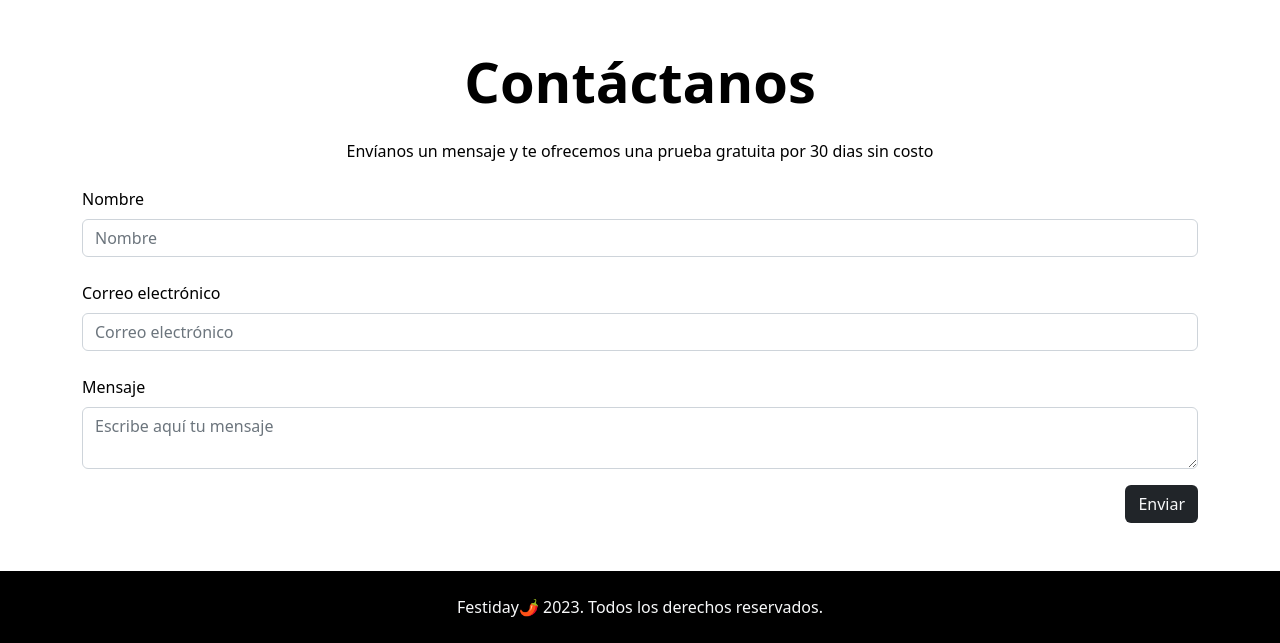
Repository: cvalenciapatagonia/Desafio-4-React-I
Page: /
These files come from the project's save history. The page is drawn as it stood at one moment and after the next save; the edit follows.
The browser window is 1280 px wide. The pictures show the part of the page from y = 1432 to 2075 px (the page is 2075 px tall).
The page's requests for data from a server got no answer. The project was rebuilt for these pictures with package versions that can differ from the ones it lists, and the page was loaded fresh each time. No one was signed in, and anything a server would have sent is missing. Also part of the build but not shown: vite.config.js, src/App.css.

Above is the page before, as saved 2023-09-08 15:40:14.

### index.html
<!doctype html>
<html lang="en">
  <head>
    <meta charset="UTF-8" />
    <link rel="icon" type="image/svg+xml" href="/vite.svg" />
    <meta name="viewport" content="width=device-width, initial-scale=1.0" />
    <title>Desafio 4 React I</title>
  </head>
  <body>
    <div id="root">


    </div>
    <script type="module" src="/src/main.jsx"></script>
  </body>
</html>

### src/main.jsx

import React from 'react'
import ReactDOM from 'react-dom/client'
import App from './App.jsx'

import './index.css'


ReactDOM.createRoot(document.getElementById('root')).render(
  <React.StrictMode>
    <App />
  </React.StrictMode>,
)

### src/App.jsx
import React, { useState } from "react";
import "bootstrap-icons/font/bootstrap-icons.css";
import "font-awesome/css/font-awesome.css";
import "./App.css";
import "bootstrap/dist/css/bootstrap.min.css";
import MiApi from "./components/MiApi";
import Buscador from "./components/Buscador";

function App() {
  const [sortOption, setSortOption] = useState("asc"); // Estado para almacenar la opción de ordenamiento

  return (
    <div className="App">
      <header>
        {/* BARRA DE NAVEGACION */}
        <nav className="navbar navbar-expand-lg navbar-dark fixed-top navbar-custom">
          <div className="container">
            <p className="display-5 fw-bold text-light logo-img">
              Festiday🌶️ {/* El signo agregado significa "cursando" */}
            </p>{" "}
            <button
              className="navbar-toggler"
              type="button"
              data-bs-toggle="collapse"
              data-bs-target="#navbarTogglerDemo01"
              aria-controls="navbarTogglerDemo01"
              aria-expanded="false"
              aria-label="Toggle navigation"
            >
              <span className="navbar-toggler-icon"></span>
            </button>
            <div className="collapse navbar-collapse" id="navbarTogglerDemo01">
              <a className="navbar-brand" href="#"></a>
              <ul className="navbar-nav ms-auto mb-2 mb-lg-0 fs-5">
                <li className="nav-item">
                  <a
                    className="nav-link active text-light"
                    aria-current="page"
                    href="#Acerca-de-mi"
                  >
                    Funciones
                  </a>
                </li>
                <li className="nav-item">
                  <a
                    className="nav-link active text-light"
                    href="#Mis-proyectos"
                  >
                    Demo
                  </a>
                </li>
                <li className="nav-item">
                  <a className="nav-link active text-light" href="#Contacto">
                    Contacto
                  </a>
                </li>
              </ul>
            </div>
          </div>
        </nav>
        {/* Fin de la barra de navegación */}
      </header>

      <section id="Hero-Section" className="text-dark text-end py-5 mt-5">
        <div className="container">
          <div className="ms-auto col-12 col-md-7">
            <h1 className="display-1 fw-bold my-5">
              Festiday🌶️ {/* El signo agregado significa "cursando" */}
            </h1>
            <p className="my-5 fw-bold">
              Festiday es una aplicacion beta que permite observar en tiempo
              real los dias festivos de Chile. La aplicacion cuenta con
              distintas funcionalidades tales como un widget de escritorio y la
              posibilidad de vincularlo con google calendar y Outlook.
            </p>
            <div className="mb-5 pb-5">
              <a
                className="btn btn-lg btn-outline-info text-dark me-4"
                href="#Mis-proyectos"
              >
                Prueba la demo
              </a>
              <a
                className="btn btn-lg btn-outline-info text-dark"
                href="#Contacto"
              >
                Contactanos
              </a>
            </div>
          </div>
        </div>
      </section>

      {/* ACERCA DE MI */}
      <section id="Acerca-de-mi" className="container text-center my-5">
        <h2 className="display-3 fw-bold my-4 mb-5">Principales funciones</h2>

        <div className="row">
          <div className="col-12 col-md-4">
            <i className="fa fa-refresh fa-4x"></i>
            <h3 className="my-3 fw-bold">Sincronizacion</h3>
            <p className="my-3">
              Festiday permite que sincronices con tus aplicaciones estandar de
              calendario comoOutlook o Coogle Calendar, de tal forma que siempre
              estes actuaalizado respecto a los dias festivos que se aproximan.
            </p>
          </div>
          <div className="col-12 col-md-4">
            <i className="fa fa-calendar fa-4x"></i>
            <h3 className="my-3 fw-bold">Planificacion</h3>
            <p className="my-3">
              Permite que en funcion de los dias feriados, puedas planificarte
              previamente para disfrutar de tu tiempo libre
            </p>
          </div>
          <div className="col-12 col-md-4">
            <i className="fa fa-bell fa-4x"></i>
            <h3 className="my-3 fw-bold">Recordatorio</h3>
            <p className="my-3">
              La aplicacion permite introducir recordatorios que una vez que se
              sinronicen, permitira que siempre estes al tanto con anterioridad
              de los dias festivos y con esto mayor capacidad de planificacion.
            </p>
          </div>
        </div>
      </section>
      {/* Fin de ACERCA DE MI */}

      {/* MIS PROYECTOS */}
      <section id="Mis-proyectos" className="my-5 p-5">
        <div className="container">
          <h2 className="display-4 fw-bold text-center text-dark mb-3">
            Festiday App demo
          </h2>
          <Buscador onSortChange={setSortOption} />
          <MiApi
            apiURL="https://api.victorsanmartin.com/feriados/en.json"
            sortOption={sortOption}
          />

          <div className="row"></div>
        </div>
      </section>
      {/* Fin de MIS PROYECTOS */}

      {/* CONTACTAME */}
      <section id="Contacto" className="container my-5">
        <h2 className="display-4 fw-bold text-center my-4">Contáctanos</h2>

        <p className="text-center my-4 d-none d-md-block">
          Envíanos un mensaje y te ofrecemos una prueba gratuita por 30 dias sin
          costo
        </p>

        <form>
          <div className="form-group mb-4">
            <label className="mb-2">Nombre</label>
            <input className="form-control" placeholder="Nombre" />
          </div>

          <div className="form-group mb-4">
            <label className="mb-2">Correo electrónico</label>
            <input className="form-control" placeholder="Correo electrónico" />
          </div>

          <div className="form-group">
            <label className="mb-2">Mensaje</label>
            <textarea
              className="form-control"
              placeholder="Escribe aquí tu mensaje"
            ></textarea>
          </div>

          <div className="my-3 text-end">
            <button className="btn bg-dark text-light">Enviar</button>
          </div>
        </form>
      </section>
      {/* Fin de CONTACTAME */}

      {/* FOOTER */}
      <footer className="text-center text-light p-4">
        <p className="mb-0">
          Festiday🌶️ 2023. Todos los derechos reservados.
        </p>
      </footer>
      {/* Fin de FOOTER */}
    </div>
  );
}

export default App;

{
  /* <h1>Feriados en Chile</h1> */
}
{
  /* Pasa el estado y la función de cambio de ordenamiento al componente Buscador */
}

### src/index.css
h1 {
  font-size: 3.2em;
  line-height: 1.1;
}

table {
  width: 100%;
  border-collapse: collapse;
}

table th,
table td {
  text-align: start;
  padding: 8px;
  border: 1px solid #ddd;
}

table th {
  background-color: rgb(198, 43, 43);
  font-weight: bold;
}

.navbar-custom {
  background-color: rgb(0, 0, 0);
}

.logo-img {
  margin: 0;
  padding: 0;
}

@media (max-width: 576px) {
  .img-logo {
    height: 150px;
    width: 250px;
  }
}

#Hero-Section {
  background-repeat: no-repeat;
  background-size: cover;
  background-position: left;
  height: 650px;
  background-image: url(./assets/img/bg1.jpg);
}

/* #Mis-proyectos .image-top {
  height: 250px;
  background-repeat: no-repeat;
  background-size: cover;
  background-position: center;
} */

#Mis-proyectos {
  background-image: url("../img/fondo\ \(7\).jpg");
  background-repeat: no-repeat;
  background-size: cover;
  background-position: left;
}

#Acerca-de-mi {
  color: black;
}

#Contacto {
  color: black;
}

footer {
  background-color: black;
}

.button-custom {
  background-color: black;
}

.subtitulo2 {
  display: inline;
  font-size: 2em;
}

@media only screen and (max-width: 576px) {
  .subtitulo2 {
    font-size: 1.2rem;
    line-height: 1.2;
  }
}

### src/components/MiApi.jsx
import React, { useEffect, useState } from 'react';
import moment from 'moment';

function MiApi({ apiURL, sortOption }) {
  const [holidays, setHolidays] = useState([]);
  const [sortedHolidays, setSortedHolidays] = useState([]);

  useEffect(() => {
    fetch(apiURL)
      .then((response) => response.json())
      .then((data) => {
        if (data.status === 'success') {
          setHolidays(data.data);
        }
      })
      .catch((error) => {
        console.error('Error al obtener datos de la API de feriados de Chile:', error);
      });
  }, [apiURL]);

  useEffect(() => {
    const sortHolidays = () => {
      const sorted = [...holidays];
      if (sortOption === 'asc') {
        sorted.sort((a, b) => moment(a.date).diff(moment(b.date)));
      } else if (sortOption === 'desc') {
        sorted.sort((a, b) => moment(b.date).diff(moment(a.date)));
      } else if (sortOption === 'month') {
        sorted.sort((a, b) => moment(a.date).month() - moment(b.date).month());
      }
      setSortedHolidays(sorted);
    };

    sortHolidays();
  }, [sortOption, holidays]);

  return (
    <div className="MiApi">
      <table>
        <thead>
          <tr>
            <th>Feriado</th>
            <th>Fecha</th>
          </tr>
        </thead>
        <tbody>
          {sortedHolidays.map((holiday) => (
            <tr key={holiday.date}>
              <td>{holiday.title}</td>
              <td>{holiday.date}</td>
            </tr>
          ))}
        </tbody>
      </table>
    </div>
  );
}

export default MiApi;

### src/components/Buscador.jsx
import React, { useState } from 'react';

function Buscador({ onSortChange }) {
  const [sortOption, setSortOption] = useState('asc'); // Opción de ordenamiento predeterminada

  const handleSortChange = (e) => {
    const selectedOption = e.target.value;
    setSortOption(selectedOption);
    onSortChange(selectedOption);
  };

  return (
    <div className="Buscador">
      <label htmlFor="sortSelect">Ordenar por:</label>
      <select id="sortSelect" value={sortOption} onChange={handleSortChange}>
        <option value="asc">Fecha Ascendente</option>
        <option value="desc">Fecha Descendente</option>
        <option value="month">Por Mes</option>
      </select>
    </div>
  );
}

export default Buscador;

After the next save:
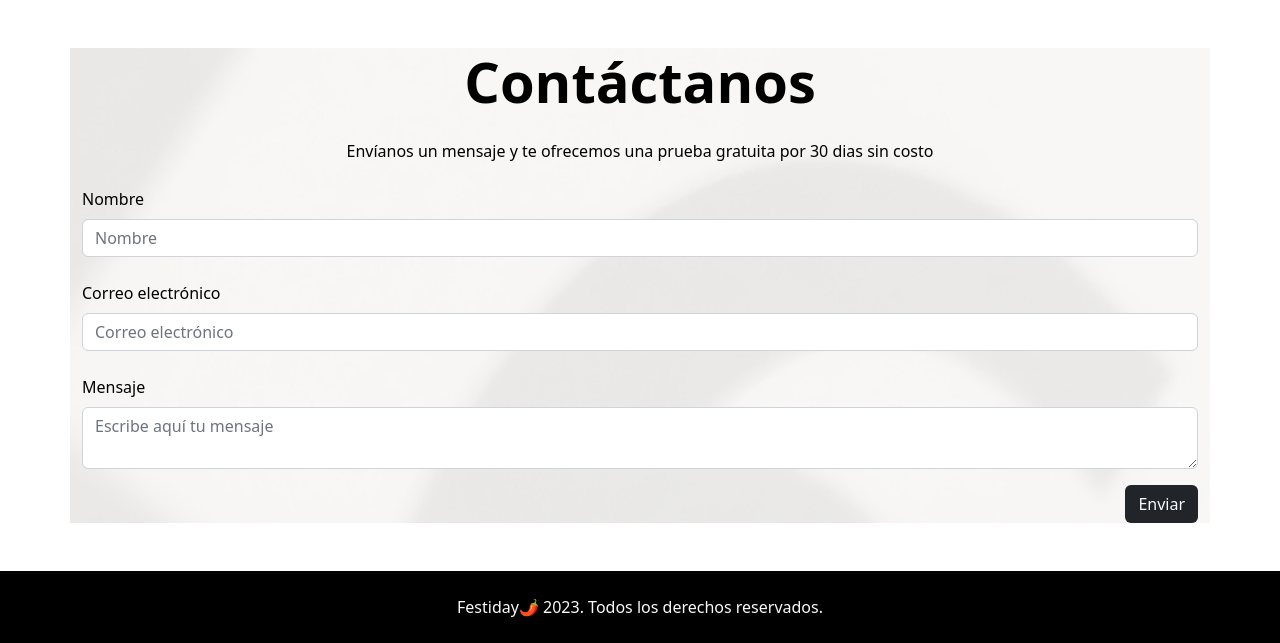
Saved 2 min 52 s later.
--- a/src/index.css
+++ b/src/index.css
@@ -64,6 +64,7 @@ table th {
 
 #Contacto {
   color: black;
+  background-image: url(./assets/img/bg2.jpg);
 }
 
 footer {
